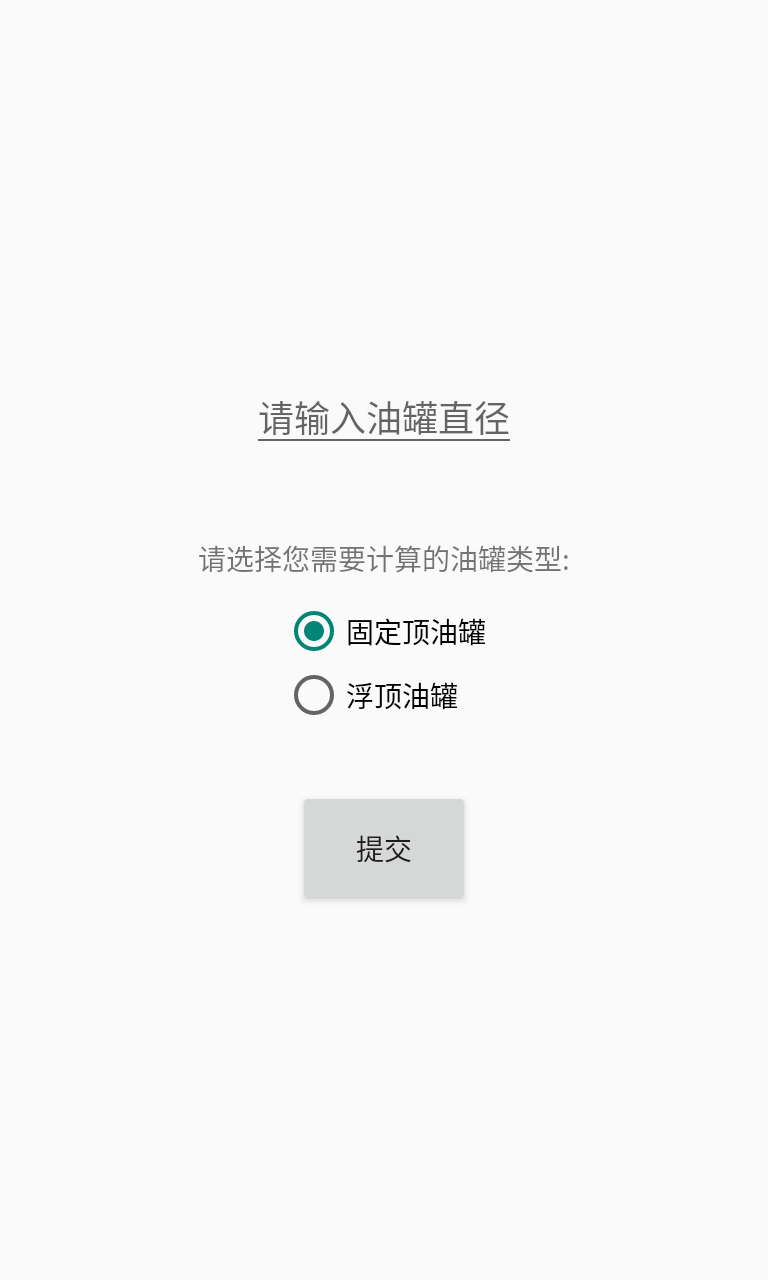
Repository: hohoTT/fireWork_handle_app
Layout: fireWork_handle_app/res/layout/olican_fire_water.xml
The author's editor kept a copy of each file at every save. The layout is drawn from the files as they stood at one save, then again after the next save.
It is drawn on a 768 x 1280 px phone screen (xhdpi) without system bars, with theme AppTheme; the app's code is not run.

Above is the layout before, as saved 2016-03-02 13:02:31.

After the next save:
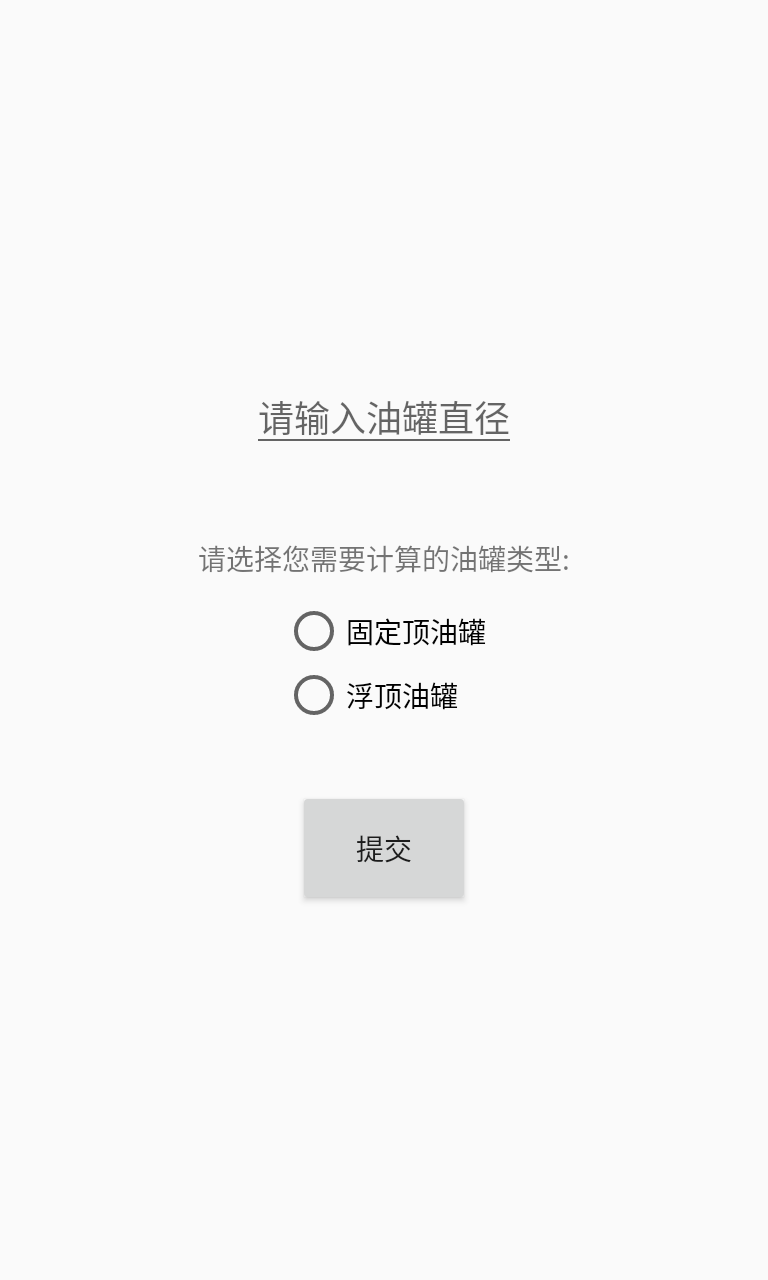
Saved 72 s later.
--- a/fireWork_handle_app/res/layout/olican_fire_water.xml
+++ b/fireWork_handle_app/res/layout/olican_fire_water.xml
@@ -30,7 +30,6 @@
         <RadioButton
 	        android:layout_width="wrap_content"
 	        android:layout_height="wrap_content"
-	        android:checked="true"
 	        android:text="@string/olican_type_fixed" />
 
         <RadioButton
